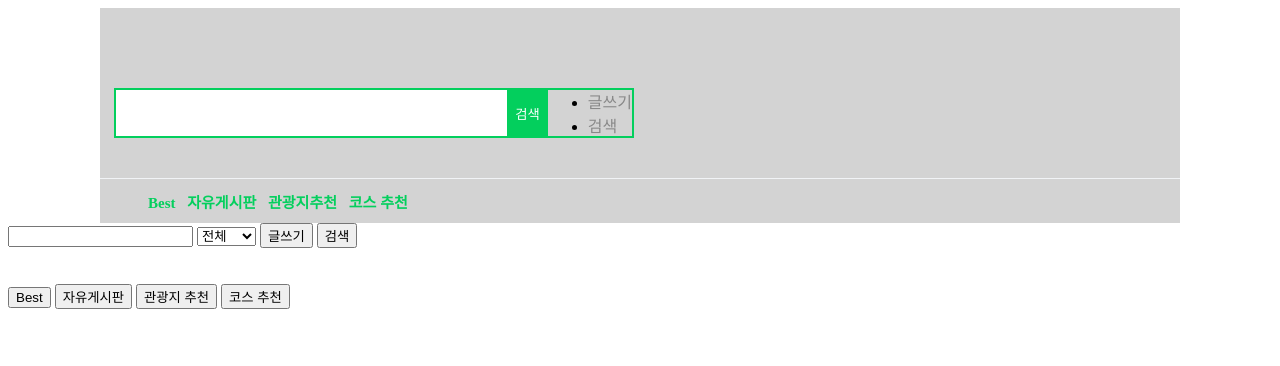
Repository: HJCroCat/project4
Page: http://localhost/koravle/boardMain.jsp
An editor plug-in stored every save of this project. The page is shown before and after the next save, followed by the edit.
The browser window is 1280 px wide. The pictures show the whole page.
The page is served by Tomcat 9. Nobody is signed in. The application's start-up code is not run. Other server files are loaded and not shown.

Above is the page before, as saved 2021-12-10 10:17:27.

### koravle/koravle/src/main/webapp/boardMain.jsp
<%@ page language="java" contentType="text/html; charset=UTF-8"
    pageEncoding="UTF-8"%>
<!DOCTYPE html>
<html>
<head>
<meta charset="UTF-8">
<title>Insert title here</title>

<link href="resources/style/stylecss.css" rel="stylesheet">
<script type="text/javascript" src="resources/js/jquery-1.7.1.js"></script>

</head>
<body>
	<header>
		<form>
	      <fieldset>
	        <legend class="visually-hidden">검색</legend>
	        <div class="search_box">
	          <input type="text" maxlength="225" tabindex="1" />
	          <button type="submit" tabindex="2">
	            	검색
	          </button>
	          <ul>
		          <li><a href="/">글쓰기</a></li>
		          <li><a href="/">검색</a></li>
	          </ul>
	        </div>
	      </fieldset>
	    </form>
		<nav>
	      <div class="nav_items">
	        <ul>
	      	  <li><a href="/">Best</a></li>
	          <li><a href="/">자유게시판</a></li>
	          <li><a href="/">관광지추천</a></li>
	          <li><a href="/">코스 추천</a></li>

	        </ul>
	      </div>
	    </nav>
	</header>


	<main>


		<div>
			<input type="text" name="searchWord" id="searchWord">
			<select name="selectSearch" id="selectSearch">
				<option value="1" selected>전체</option>
				<option value="boardName">글제목</option>
				<option value="regionName">관광지</option>
				<option value="boardWriter">작성자</option>
			</select>
			<button href="boardWrite.do" class="btn" >글쓰기</button>
			<button href="boardList.do" class="btn" >검색</button>
		</div>
		<div>
			<br/>
			<br/>

			<button class="btn" href="boardList.do" name="boardBest">Best</button>
			<button class="btn" href="boardList.do" name="boardFree">자유게시판</button>
			<button class="btn" href="boardList.do" name="boardRegion">관광지 추천</button>
			<button class="btn" href="boardList.do" name="boardCourse">코스 추천</button>

		</div>

	</main>

	<footer>

	</footer>
<script src="resources//js/jquery.min.js"></script>
<script src="resources/js/scripts.js"></script>

</body>
</html>

### koravle/koravle/src/main/webapp/resources/style/stylecss.css
* {
    box-sizing: border-box;
}

a {
    text-decoration: none; /* 기본 밑줄을 제거합니다 */
    color: #888;
}

a:hover {
  text-decoration: underline; /* 마우스 커서가 올라갔을 때 밑줄을 생성합니다*/
}

header {
    margin: auto; /* header의 양쪽 여백(margin)을 동등하게 맞춤 -> 수평가운데정렬 */
    width: 1080px;
    background: lightgray;
	height: 215px;
    display: flex;
    align-items: center; /* 하위 요소들 수직 가운데정렬 */
    position: relative;
}

fieldset {
    border: none; /* 기본 border 없애기(이 코드를 지우고 기본 border를 확인해보세요) */
}

.visually-hidden { /* legend 안보이게 설정. 이렇게하면 접근성을 준수하면서 디자인을 해치지 않습니다. */
    position: absolute !important;
    height: 1px;
    width: 1px;
    overflow: hidden;
    clip: rect(1px 1px 1px 1px);
    clip: rect(1px, 1px, 1px, 1px);
    white-space: nowrap;
}

.links { /* 링크들을 상단 우측에 위치시킵니다. */
    position: absolute;
    top: 0;
    right: 0;
}
  .link_text {
    font-size: 10px;
    margin-left: 5px;
  }
  .img_logo {
    margin-bottom: 12px;
    width: 220px;
    height: 65px;
  }
  .search_box {
    width: 520px;
    height: 50px;
    border: 2px solid #03cf5d;
    display: flex;
    align-items: center;
  }
  .search_box input {
    flex: 9; /* search-box내부에서 9만큼의 크기를 차지(비율) */
    height: 46px;
    padding-left: 12px;
    padding-right: 12px;
    border: none;
    outline: none;
    font-size: 18px;
  }
  .search_box button {
    flex: 1; /* search-box내부에서 1만큼의 크기를 차지(비율) */
    height: 46px;
    margin: 0;
    padding: 0;
    border: none;
    outline: none;
    background: #03cf5d;
    color: #ffffff;
  }
  /* nav */
  header > nav {
    width: 100%;
    height: 45px;
    position: absolute;
    bottom: 0;
  }
  .nav_items {
    width: 100%;
    height: 100%;
    display: flex;
    justify-content: space-between;
    align-items: center;
    font-size: 15px;
    font-weight: bold;
    border-top: 1px solid #f1f3f6;
  }
  .nav_items ul > li {
    display: inline-block;
    margin-left: 8px;
  }
  .nav_items ul > li:nth-child(-n + 7) > a { /* <ul>하위 7번째 <li>까지 각각 내부의 <a> 태그 접근 */
    color: #03cf5d;
  }
  .nav_items ul > li > a {
    text-decoration: none;
    cursor: pointer;
  }

  /* 재사용 클래스 */
  .color_naver {
    color: #03cf5d;
  }

Loaded but not shown: koravle/koravle/src/main/webapp/resources/js/jquery-1.7.1.js (library); koravle/koravle/src/main/webapp/resources/js/jquery.min.js (library)

After the next save:
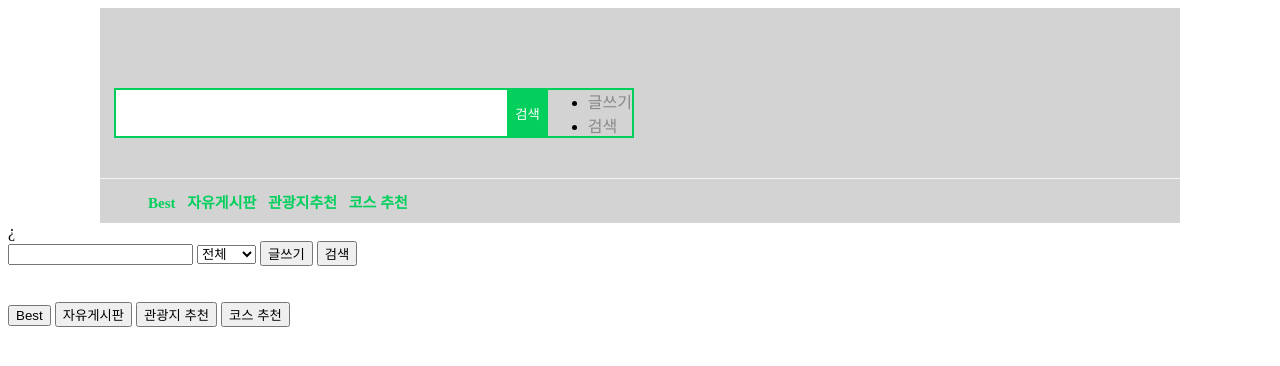
Saved 48 s later.
--- a/koravle/koravle/src/main/webapp/boardMain.jsp
+++ b/koravle/koravle/src/main/webapp/boardMain.jsp
@@ -43,7 +43,7 @@
 
 	<main>
 
-
+	¿
 		<div>
 			<input type="text" name="searchWord" id="searchWord">
 			<select name="selectSearch" id="selectSearch">
